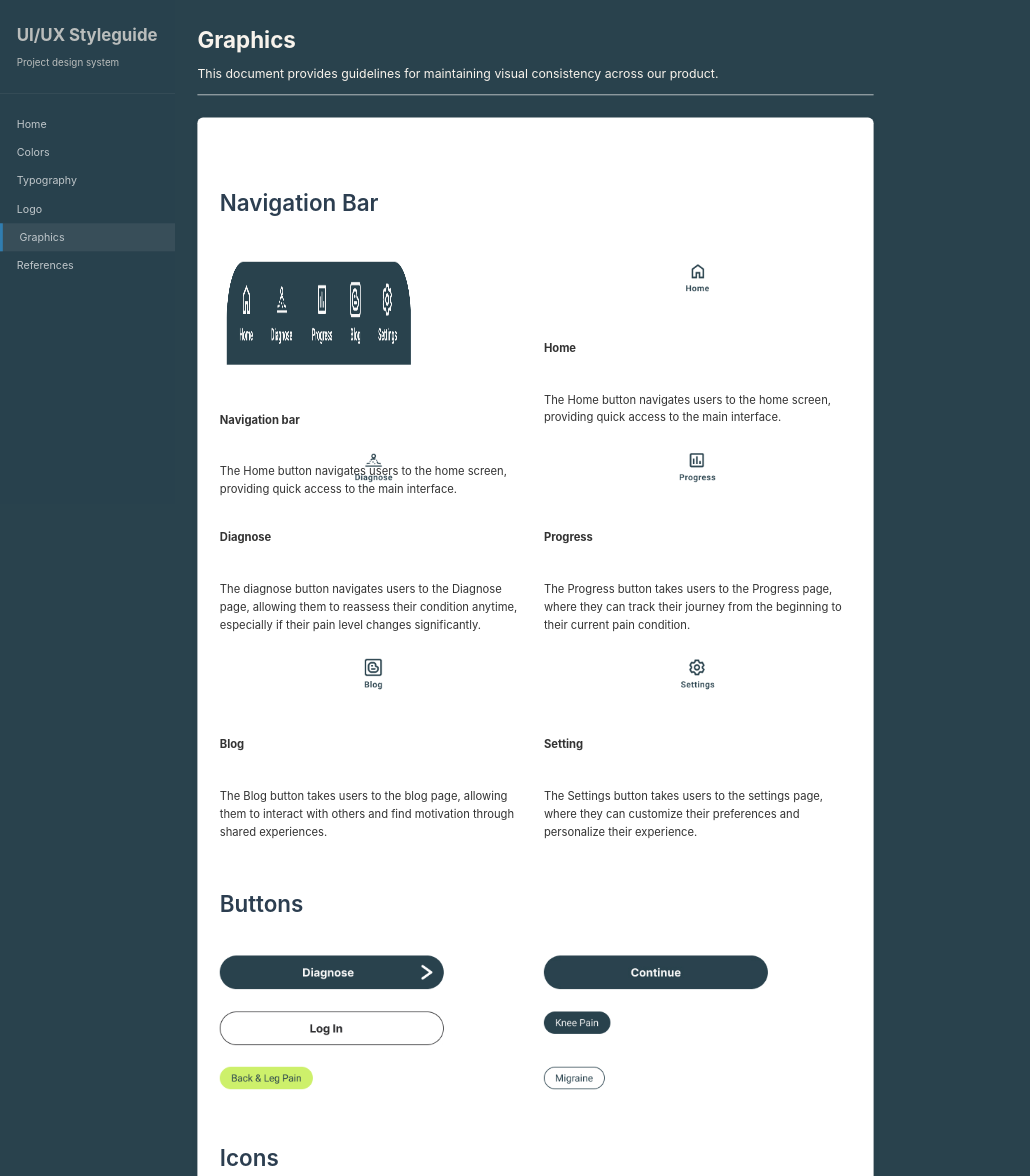
Repository: rosielee09/Heal_U
Page: graphics.html
An editor plug-in stored every save of this project. The page is shown before and after the next save, followed by the edit.
The browser window is 1280 px wide. The page is 1472 px wide, so the pictures cover 1472 px, including what lies to the right of the window. The pictures show the part of the page from y = 0 to 1680 px (the page is 4781 px tall), at 70% of full size.

Above is the page before, as saved 2025-04-06 10:39:43.

### graphics.html
<!DOCTYPE html>
<html lang="en">
<head>
    <meta charset="UTF-8">
    <meta name="viewport" content="width=device-width, initial-scale=1.0">
    <link rel="stylesheet" href="styles.css">
    <title>Heal_U Styleguide</title>
</head>
<body>
    <div class="container">
        <!-- Sidebar Navigation -->
        <div class="sidebar">
            <div class="sidebar-header">
                <h1>UI/UX Styleguide</h1>
                <p>Project design system</p>
            </div>
            <ul class="nav">
                <li ><a href="index.html">Home</a></li>
                <li><a href="colors.html">Colors</a></li>
                <li><a href="typography.html">Typography</a></li>
                <li><a href="logo.html">Logo</a></li>
                <li class="active"><a href="graphics.html">Graphics</a></li>
                <li><a href="references.html">References</a></li>
            </ul>
        </div>

        <!-- Main Content - Home Page -->

        <div class="content">
            <header class="page-header">
                <h2>Graphics</h2>
                <p>This document provides guidelines for maintaining visual consistency across our product.</p>
            </header>


           <!-- SECTION 1: menu bar -->
           <div class="component">
            <div class="component-header">

                <section class="component-section">
                    <h3 class="component-title">Navigation Bar</h3>
                    <div class="graphic-grid">


                        <!-- navbar -->
                        <div class="graphic-item">
                            <img class="graphic-menu__icon" src="/img/graphic-menu/navbar.png" alt="navbar" width="60%" height="60%">
                            <div class="graphic-info">
                                <h4 class="graphic-title">Navigation bar</h4>
                                <p>The Home button navigates users to the home screen, providing quick access to the main interface.</p>
                            </div>
                        </div>
                        <!-- home -->
                        <div class="graphic-item">
                            <img class="graphic-menu__icon" src="/img/graphic-menu/home.png" alt="home">
                            <div class="graphic-info">
                                <h4 class="graphic-title">Home</h4>
                                <p>The Home button navigates users to the home screen, providing quick access to the main interface.</p>
                            </div>
                        </div>
                        <!-- diagnose -->
                        <div class="graphic-item">
                            <img class="graphic-menu__icon" src="/img/graphic-menu/diagnose.png" alt="diagnose">
                            <div class="graphic-info">
                                <h4 class="graphic-title">Diagnose </h4>
                                <div>The diagnose button navigates users to the Diagnose page, allowing them to reassess their condition anytime, especially if their pain level changes significantly.</div>
                            </div>
                        </div>
                        <!-- Progress -->
                        <div class="graphic-item">
                            <img class="graphic-menu__icon" src="/img/graphic-menu/progress.png" alt="Progress">
                            <div class="graphic-info">
                                <h4 class="graphic-title">Progress </h4>
                                <div>
                                    The Progress button takes users to the Progress page, where they can track their journey from the beginning to their current pain condition.</div>
                            </div>
                        </div>

                        <!-- blog -->
                        <div class="graphic-item">
                            <img class="graphic-menu__icon" src="/img/graphic-menu/blog.png" alt="blog">
                            <div class="graphic-info">
                                <h4 class="graphic-title">Blog </h4>
                                <div>The Blog button takes users to the blog page, allowing them to interact with others and find motivation through shared experiences.</div>
                        </div>
                        </div>

                        <!-- Setting -->
                        <div class="graphic-item">
                            <img class="graphic-menu__icon" src="/img/graphic-menu/setting.png" alt="Setting">
                            <div class="graphic-info">
                                <h4 class="graphic-title">Setting </h4>
                                <div>The Settings button takes users to the settings page, where they can customize their preferences and personalize their experience.</div>

                    </div>
                </div>
            </div>

<!-- button section -->
                <section class="component-section">
                    <h3 class="component-title">Buttons </h3>

                    <div class="graphic-grid">
                          <!-- fill button -->
                        <div class="graphic-item">
                            <img class="graphic-button__icon" src="/img/Appovation - buttons/Button-fill-withIcon.png" alt="fill-icon">
                        </div>
                        <div class="graphic-item">
                            <img class="graphic-button__icon" src="/img/Appovation - buttons/Button-fill.jpg" alt="fill">
                        </div>
                        <div class="graphic-item">
                            <img class="graphic-button__icon" src="/img/Appovation - buttons/Button-outline.jpg" alt="outline">
                        </div>
                        <div class="graphic-item">
                            <img class="graphic-button__icon" src="/img/Appovation - buttons/chips-fill.png" alt="chips">
                        </div>
                        <div class="graphic-item">
                            <img class="graphic-button__icon" src="/img/Appovation - buttons/chips-highlighted.png" alt="chips-highlighted">
                        </div>
                        <div class="graphic-item">
                            <img class="graphic-button__icon" src="/img/Appovation - buttons/chips-outlined.png" alt="chips-outlined">
                        </div>
                    </div>
                </section>

            <section class="component-section">
                <h3 class="component-title">Icons </h3>
                <h4 class="graphic-title">User Setting</h4>
                <div class="graphic-item">
                    <img class="graphic-icons" src="/img/Appovation - icons/user setting icon.png" alt="pain_type_icon">
                </div>

                <h4 class="graphic-title">Type of Pain</h4>
                <div class="graphic-grid__icons">

                    <div class="graphic-item">
                        <img class="graphic-icons" src="/img/Appovation - icons/Icon-stabbing.png" alt="pain_type_icon">
                    </div>
                    <div class="graphic-item">
                        <img class="graphic-icons" src="/img/Appovation - icons/Icon-tingling.png" alt="pain_type_icon">
                    </div>
                    <div class="graphic-item">
                        <img class="graphic-icons" src="/img/Appovation - icons/Icon_Burning.png" alt="pain_type_icon">
                    </div>
                    <div class="graphic-item">
                        <img class="graphic-icons" src="/img/Appovation - icons/Icon_Cramps.png" alt="pain_type_icon">
                    </div>
                    <div class="graphic-item">
                        <img class="graphic-icons" src="/img/Appovation - icons/Icon_dull ache.png" alt="pain_type_icon">
                    </div>
                    <div class="graphic-item">
                        <img class="graphic-icons" src="/img/Appovation - icons/Icon_freezing.png" alt="pain_type_icon">
                    </div>
                    <div class="graphic-item">
                        <img class="graphic-icons" src="/img/Appovation - icons/Icon_Migrane.png" alt="pain_type_icon">
                    </div>
                    <div class="graphic-item">
                        <img class="graphic-icons" src="/img/Appovation - icons/Icon_neuralgia.png" alt="pain_type_icon">
                    </div>
                    <div class="graphic-item">
                        <img class="graphic-icons" src="/img/Appovation - icons/Icon_numbness.png" alt="pain_type_icon">
                    </div>
                    <div class="graphic-item">
                        <img class="graphic-icons" src="/img/Appovation - icons/Icon_thobbing.png" alt="pain_type_icon">
                    </div>

                </div>


                <h4 class="graphic-title">Pain Scale</h4>
                <div class="graphic-grid">

                    <div class="graphic-item">
                        <img class="graphic-icons" src="/img/Appovation - icons/Pain_difference-slider-green.png" alt="pain_scale_icon">
                    </div>
                    <div class="graphic-item">
                        <img class="graphic-icons" src="/img/Appovation - icons/Pain_difference-slider-mild.png" alt="pain_scale_icon">
                    </div>
                    <div class="graphic-item">
                        <img class="graphic-icons" src="/img/Appovation - icons/Pain_difference-slider-middle.png" alt="pain_scale_icon">
                    </div>
                    <div class="graphic-item">
                        <img class="graphic-icons" src="/img/Appovation - icons/Pain_difference-slider-less-severe.png" alt="pain_scale_icon">
                    </div>
                    <div class="graphic-item">
                        <img class="graphic-icons" src="/img/Appovation - icons/Pain_difference-slider-severe.png" alt="pain_scale_icon">
                    </div>
                </div>
                <div class="graphic-item-grid1">
                    <img class="graphic-icons" src="/img/Appovation - icons/progress pain scale.png" alt="pain_scale_icon">
                </div>

        </section>

        <section class="component-section">
            <h3 class="component-title">Illustrations</h3>

            <div class="graphic-grid-illustrations">
                  <!-- fill button -->
                <div class="graphic-item-illustrations">
                    <img class="graphic-illustrations" src="/img/Appovation - illustration set/5214865 1.png" >
                </div>
                <div class="graphic-item-illustrations">
                    <img class="graphic-illustrations" src="/img/Appovation - illustration set/AdobeStock_593962329 1.png">
                </div>
                <div class="graphic-item-illustrations">
                    <img class="graphic-illustrations" src="/img/Appovation - illustration set/exercise 2.png" >
                </div>
                <div class="graphic-item-illustrations">
                    <img class="graphic-illustrations" src="/img/Appovation - illustration set/Group 103.png" >
                </div>
                <div class="graphic-item-illustrations">
                    <img class="graphic-illustrations" src="/img/Appovation - illustration set/Group 84.png" >
                </div>
                <div class="graphic-item-illustrations">
                    <img class="graphic-illustrations" src="/img/Appovation - illustration set/Group 98.png" >
                </div>
            </div>
        </section>

        <section class="component-section">
            <h3 class="component-title">Images for Contents</h3>

            <div class="graphic-grid-images">
                <div class="graphic-item">
                    <img class="graphic-icons" src="/img/Appovation - images for contents/unsplash_GbomLmruCM8.png " alt="pain_type_icon">
                </div>
                <div class="graphic-item">
                    <img class="graphic-icons" src="/img/Appovation - images for contents/unsplash_gJtDg6WfMlQ.png" alt="pain_type_icon">
                </div>
                <div class="graphic-item">
                    <img class="graphic-icons" src="/img/Appovation - images for contents/unsplash_kFCdfLbu6zA.png" alt="pain_type_icon">
                </div>
                <div class="graphic-item">
                    <img height="200px" class="graphic-icons" src="/img/Appovation - images for contents/unsplash_PJ8C7JCqK0o-1.png" alt="pain_type_icon">
                </div>
                <div class="graphic-item">
                    <img height="200px" class="graphic-icons" src="/img/Appovation - images for contents/unsplash_PJ8C7JCqK0o.png" alt="pain_type_icon">
                </div>
        </section>

        <section class="component-section">
            <h3 class="component-title">Screens</h3>

            <div class="graphic-grid-images">
                <div class="graphic-item">
                    <img class="graphic-icons" src="/img/Appovation - screens/screen-dailypopup.png " alt="pain_type_icon">
                </div>
                <div class="graphic-item">
                    <img class="graphic-icons" src="/img/Appovation - screens/screen-survey.png" alt="pain_type_icon">
                </div>
                <div class="graphic-item">
                    <img class="graphic-icons" src="/img/Appovation - screens/screen-watchingtutorial.png" alt="pain_type_icon">
                </div>

        </section>


</body>
<script src="script.js"></script>
</html>

### styles.css
* {
    margin: 0;
    padding: 0;
    box-sizing: border-box;
}

body {
    font-family: 'Inter', -apple-system, BlinkMacSystemFont, 'Segoe UI', Roboto, Oxygen, Ubuntu, Cantarell, sans-serif;
    line-height: 1.6;
    color: #333;
    background: #29424D;

    margin: 0;
    padding: 0;
    width: 100vw;
    height: 100vh;


}

/* Layout */
.container {
    display: flex;
    min-height: 100vh;
}

/* Sidebar Navigation */
.sidebar {
    width: 250px;
    background-color: #29424D;
    color: #F8F3EC;
    padding: 2rem 0;
    position: fixed;
    height: 100vh;
    overflow-y: hidden;
    opacity: 0.7;
}


.sidebar-header {
    padding: 0 1.5rem 2rem;
    border-bottom: 1px solid rgba(255, 255, 255, 0.1);
}

.sidebar-header h1 {
    font-size: 1.5rem;
    font-weight: 700;
    margin-bottom: 0.5rem;
}

.sidebar-header p {
    font-size: 0.875rem;
    opacity: 1;
}

.nav {
    list-style: none;
    padding: 1.5rem 0;
}

.nav li {
    padding: 0.5rem 1.5rem;
}

.nav li.active {
    background-color: rgba(255, 255, 255, 0.1);
    border-left: 4px solid #3498db;
}

.nav a {
    color: #fff;
    text-decoration: none;
    display: block;
    font-size: 0.95rem;
    transition: all 0.2s;
}

.nav a:hover {
    opacity: 1;
}

/* Logo in Navbar */
/* Logo styling */
.logo {
    display: flex;
    align-items: left;
    gap: 10px;  /* Space between logo image and text */
    /* padding: 0 1.5rem;  Match your sidebar padding */
}



.logo p {
    color: #F8F3EC;  /* Match your sidebar text color */
    font-weight: 700;
    font-size: 2rem;
    margin: 0;  /* Remove default paragraph margin */
    margin-bottom: 0.5rem;
}

/* Home page animation */
.body-homepage{
    overflow: hidden;
    position: relative;
    display: flex;
    align-items: center;
}
.animation--title {
    text-align: right;
    display: flex;
    flex-direction: column;
    justify-content: flex-end;
    margin-left: 45rem; /* Push to the right side */
    margin-right: 5%; /* Keep some space from the edge */
    width: 50%;
  }

  .animation--title-head {

    color: #F8F3EC;
    font-size: 8rem;
    line-height: 1.2;
    font-weight: bold;
    letter-spacing: 2px;
    font-family: 'Roboto', sans-serif;
    text-transform: uppercase;

  }

  .animation--title-subhead {
    color: #F8F3EC;
    font-size: 1.7rem;
    line-height: 1.5;
    font-family: 'Roboto', sans-serif;
    font-style: italic;
    margin-top: 2rem;
    margin-bottom: 2rem;
  }

  .animation--title-member {
    color: #F8F3EC;
    font-size: 1.4rem;
    line-height: 1.4;
    font-family: 'Roboto', sans-serif;

  }



  .blob {
    position: absolute;
    top: 0;
    left: 0;
    fill: #CFC4F4;
    width: 50vmax;
    z-index: -1;
    animation: move 10s ease-in-out infinite;
    transform-origin: 50% 50%;
  }

  @keyframes move {
    0%   { transform: scale(1)   translate(10px, -30px); }
    38%  { transform: scale(0.8, 1) translate(80vw, 30vh) rotate(160deg); }
    40%  { transform: scale(0.8, 1) translate(80vw, 30vh) rotate(160deg); }
    78%  { transform: scale(1.3) translate(0vw, 50vh) rotate(-20deg); }
    80%  { transform: scale(1.3) translate(0vw, 50vh) rotate(-20deg); }
    100% { transform: scale(1)   translate(10px, -30px); }
  }




/* Main Content */
.content {
    flex: 1;
    padding: 2rem;
    margin-left: 250px;
    max-width: calc(100% - 250px);
}

.page-header {
    margin-bottom: 2rem;
    padding-bottom: 1rem;
    border-bottom: 1px solid #eee;
}

.page-header h2 {
    font-size: 2rem;
    font-weight: 700;
    color: #F8F3EC;
    margin-bottom: 0.5rem;
}

.page-header p {
    color: #F8F3EC;
    font-size: 1.1rem;
}

/* Components Common Styles */
.component {
    background-color: #fff;
    border-radius: 8px;
    box-shadow: 0 2px 10px rgba(0, 0, 0, 0.05);
    padding: 2rem;
    margin-bottom: 2rem;
}

.component-section{
    margin-top: 3rem;
}

.component-header {
    margin-top: 1.5rem;
    margin-bottom: 1.5rem;
}

.component-title {
    font-size: 2rem;
    font-weight: 600;
    margin-top: 4rem;
    margin-bottom: 3rem;
    color: #2c3e50;
}

.component-description {
    color: #7f8c8d;
}


    /* Color Styles */
.color-grid {
    display: grid;
    grid-template-columns: repeat(auto-fill, minmax(300px, 1fr));
    gap: 1.5rem;
}

.color-grid__onlycolor {
    display: grid;
    grid-template-columns: repeat(auto-fill, minmax(300px, 2fr));
    gap: 1.5rem;
    align-items: center;
}

.color-grid__Accessiblilliy {
    display: grid;
    grid-template-columns: repeat(auto-fit, minmax(clamp(300px, 50%, 400px), 1fr));
    gap: 1.5rem;
}

.color-item {
    border-radius: 6px;
    overflow: hidden;
    box-shadow: 0 2px 5px rgba(0, 0, 0, 0.1);
}

.color-preview {
    height: 120px;
}

.color-info {
    padding: 1rem;
    background-color: #fff;
}

.color-name {
    font-weight: 600;
    margin-bottom: 0.25rem;
}

.color-value {
    font-family: monospace;
    color: #7f8c8d;
    font-size: 0.85rem;
}

.color__primary--preview{
    background-color: #29424D;
}

.color__secondary--preview{
    background-color: #CFC4F4;
}

.color__tertiary--preview {
    background-color: #F8F3EC;
}

.color__accent--preview{
    background-color: #CDF06B;
}

.color__success--preview{
    background-color: #138636;
}

.color__error--preview{
    background-color: #C32D2D;
}

.color__warning--preview{
    background-color: #FFBD11;
}

.color__info--preview{
    background-color: #4976BA;
}

.color__background--preview{
    background-color: #fff;
}

.color__text--preview{
    background-color: #2E2E30;
}

.color-accessiblillity-img {
    width: 100%;
    height: 70%;
}

.color-example-img{
    align-items: center;
}


/* Graphics */
.graphic-grid {
    display: grid;
    grid-template-columns: repeat(auto-fill, minmax(300px, 2fr));
    gap: 1.5rem;

}

/* section__icons */
.graphic-grid__icons{
    display: grid;
    grid-template-columns: repeat(5, 1fr);
    gap: 1.5rem;
}

.graphic-item{
   justify-items: center;

}


.graphic-menu__icon{
    margin: 10px;
}
.graphic-title{
    margin-top: 3rem;
    margin-bottom: 3rem;
}

.graphic-item-grid1{
    margin-top: 3rem;
}


/* section illustrations */
.graphic-grid-illustrations,
.graphic-grid-images{
    display: grid;
    grid-template-columns: repeat(3, 1fr);
    gap: 1.5rem;
}
.graphic-item-illustrations,
.graphic-illustrations{
    max-width: 200px;
    max-height: 200px;
}
.graphic-icons{
    border-radius: 20px;
}

/* Typography */

/* Import Roboto font with multiple weights */
@import url('https://fonts.googleapis.com/css2?family=Roboto:wght@400;500;700&display=swap');

.component-title-typography{
    color: #F8F3EC;
}

/* Table styling */
table {
  width: 100%;
  border-collapse: collapse;
  font-family: 'Roboto', sans-serif;
  margin: 2rem 0;
}

th {
  background-color: #f8f9fa;
  color: #212529;
  padding: 12px 16px;
  text-align: left;
  font-weight: 500;
  border-bottom: 2px solid #dee2e6;

}

td {
  padding: 16px;
  border-bottom: 1px solid #e9ecef;
  vertical-align: top;
}

/* Remove default list styling */
td li {
  list-style: none;
  margin: 4px 0;
  padding-left: 0;
}



.content-image {
  margin: auto;
  display: block;
  padding: 1rem;
}

.center {
  text-align: center;
}



.typography-item {
    margin-bottom: 2rem;
}


.heading1 {
  font-family: 'Roboto', sans-serif;
  font-size: 40px;
  line-height: 48px;
  font-weight: 700;
  color: #212529;

}

.heading2 {
  font-family: 'Roboto', sans-serif;
  font-size: 32px;
  line-height: 40px;
  font-weight: 700;
  color: #212529;
}

.section-header {
  font-family: 'Roboto', sans-serif;
  font-size: 24px;
  line-height: 32px;
  font-weight: 700;
  color: #212529;
}

.sub-header {
  font-family: 'Roboto', sans-serif;
  font-size: 20px;
  line-height: 28px;
  font-weight: 700;
  color: #212529;
}

.body-bold {
  font-family: 'Roboto', sans-serif;
  font-size: 16px;
  line-height: 24px;
  font-weight: 700;
  color: #212529;
}


.body {
  font-family: 'Roboto', sans-serif;
  font-size: 16px;
  line-height: 24px;
  font-weight: 400;
  color: #212529;
}

.small {
  font-family: 'Roboto', sans-serif;
  font-size: 14px;
  line-height: 20px;
  font-weight: 400;
  color: #212529;
}

.small-italic {
  font-family: 'Roboto', sans-serif;
  font-style: italic;
  font-size: 14px;
  line-height: 20px;
  font-weight: 400;
  color: #212529;
}

.tiny-bold {
  font-family: 'Roboto', sans-serif;
  font-size: 12px;
  line-height: 18px;
  font-weight: 700;
  color: #212529;
}

.tiny {
  font-family: 'Roboto', sans-serif;
  font-size: 12px;
  line-height: 18px;
  font-weight: 400;
  color: #212529;
}

.mini {
  font-family: 'Roboto', sans-serif;
  font-size: 8px;
  line-height: 12px;
  font-weight: 400;
  color: #212529;
  letter-spacing: 0.5px;
}

/* Add zebra striping for better readability */
tbody tr:nth-child(odd) {
  background-color: #f8f9fa;
}

Loaded but not shown: script.js (no stored copy; drawn as an empty file)

After the next save:
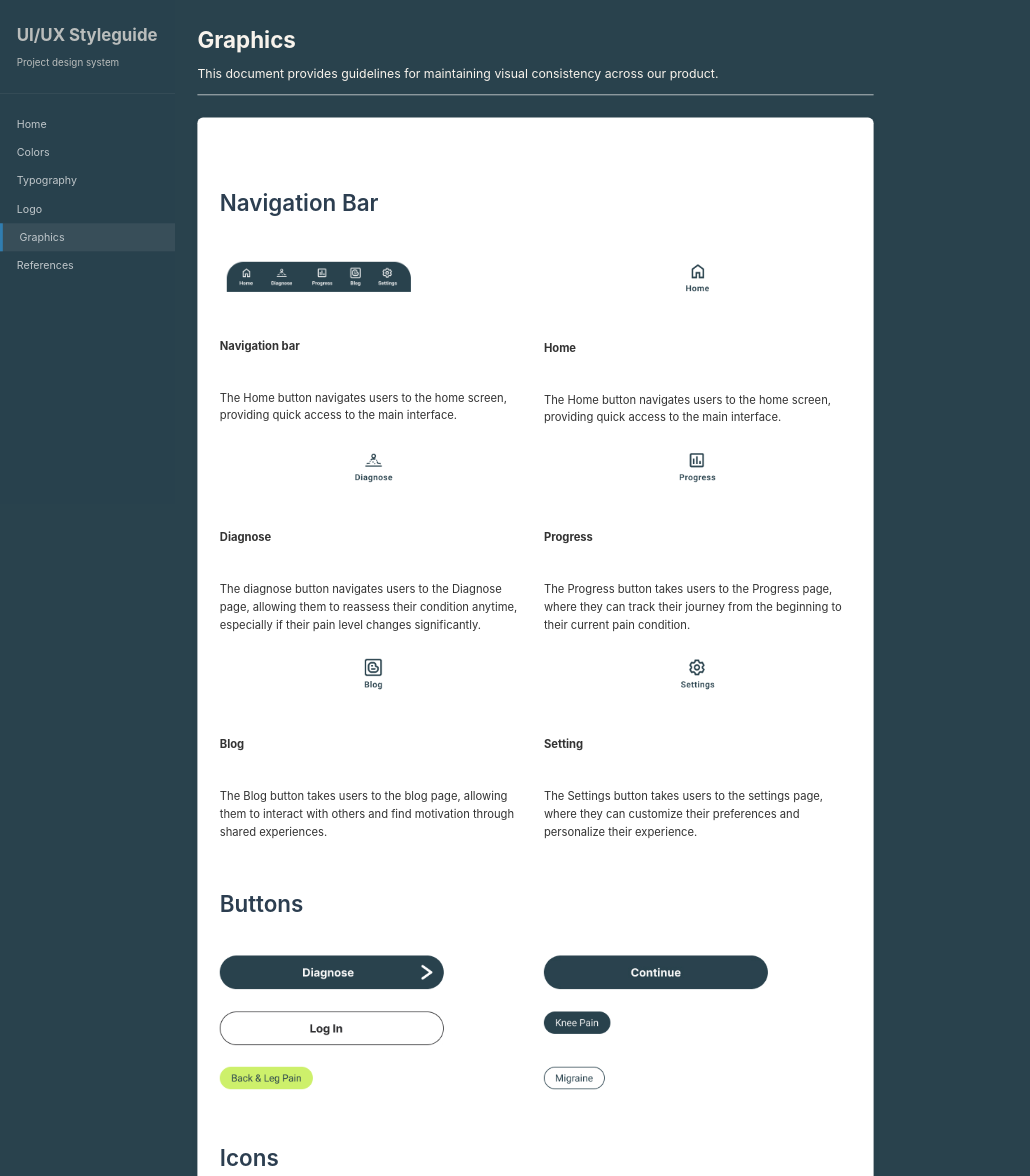
Saved 6 s later.
--- a/graphics.html
+++ b/graphics.html
@@ -44,7 +44,7 @@
 
                         <!-- navbar -->
                         <div class="graphic-item">
-                            <img class="graphic-menu__icon" src="/img/graphic-menu/navbar.png" alt="navbar" width="60%" height="60%">
+                            <img class="graphic-menu__icon" src="/img/graphic-menu/navbar.png" alt="navbar" width="60%">
                             <div class="graphic-info">
                                 <h4 class="graphic-title">Navigation bar</h4>
                                 <p>The Home button navigates users to the home screen, providing quick access to the main interface.</p>
